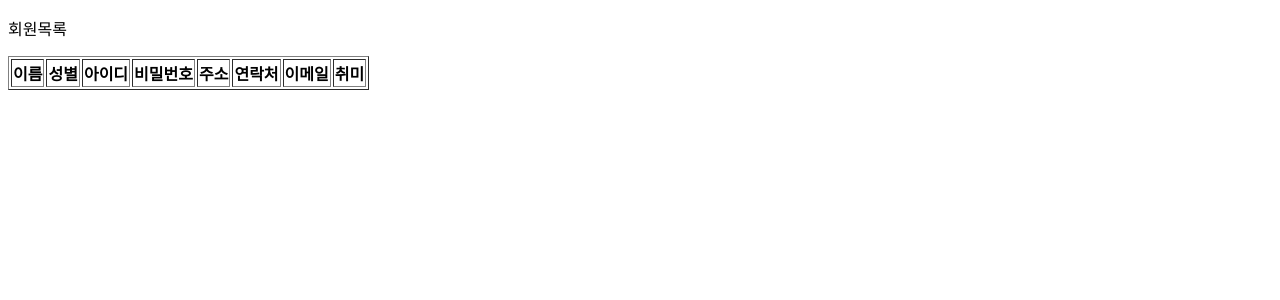
Repository: parkmyounghoi/20201113
Page: http://localhost/chap04/List
The author's editor kept a copy of each file at every save. The page is drawn from the files as they stood at one save, then again after the next save.
The browser window is 1280 px wide. The pictures show the whole page.
The page is served by Tomcat 9. Queries for data that is not in the repository find no rows.

Above is the page before, as saved 2020-11-06 02:52:14.

After the next save:
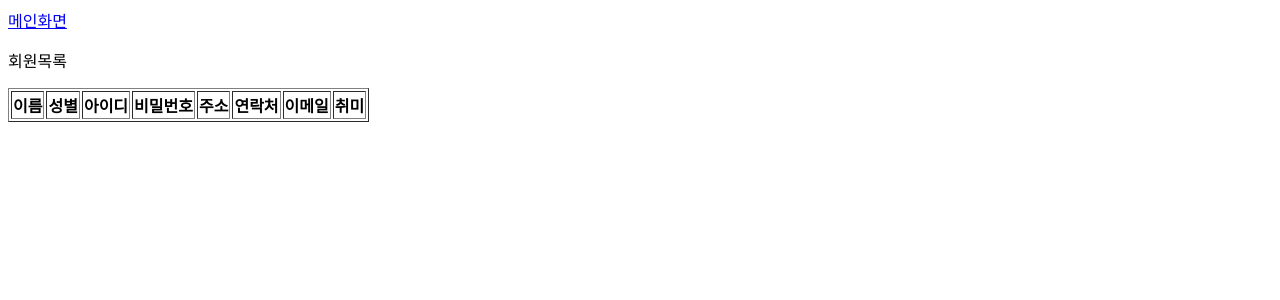
Saved 66 s later.
--- a/chap04/WebContent/list.jsp
+++ b/chap04/WebContent/list.jsp
@@ -8,6 +8,7 @@
 <title>Insert title here</title>
 </head>
 <body>
+<a href="index.html">메인화면</a>
 <p>
 회원목록
 </p>
